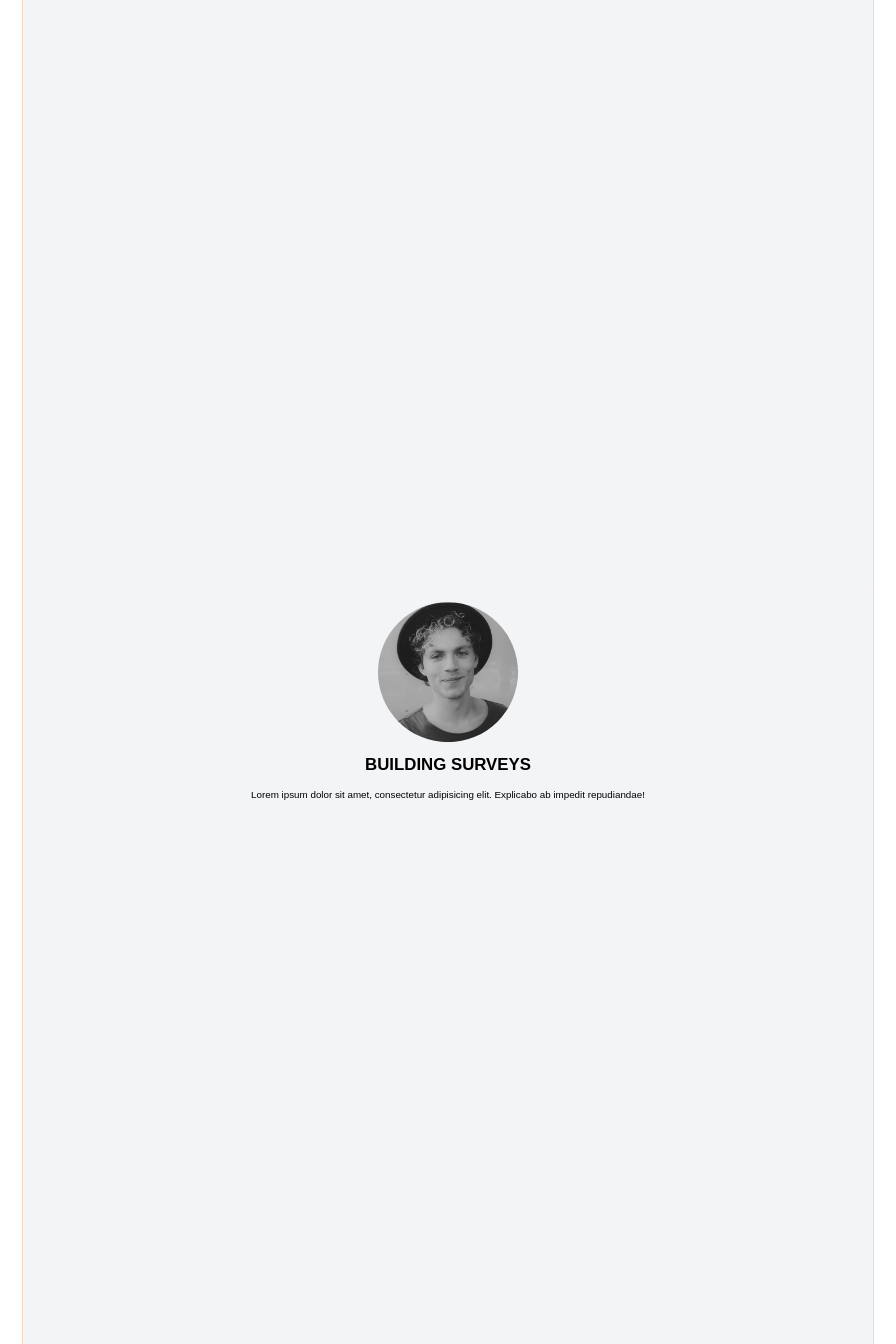
Repository: hitoutvrma/MB_designs-Interior-Designing-website
Page: /about
The author's editor kept a copy of each file at every save. The page is drawn from the files as they stood at one save, then again after the next save.
The browser window is 1280 px wide. The pictures show the part of the page from y = 1896 to 3816 px (the page is 4252 px tall), at 70% of full size.
The project was rebuilt for these pictures with package versions that can differ from the ones it lists, and the page was loaded fresh each time. The framework's server and built-in components were replaced by stand-ins that run in the browser. Also part of the build but not shown: next.config.mjs.

Above is the page before, as saved 2024-09-16 21:04:39.

### app/layout.js
import localFont from "next/font/local";
import { Sen } from "next/font/google";
import "./globals.css";
import Header from "@/components/ui/Header";
import Footer from "@/components/ui/Footer";
import { ThemeProvider } from "@/components/ThemeProvider";

const josef = Sen({
  subsets:["latin"],
  weight:["400","500","600","700"],
  display:"swap"
})

// const geistSans = localFont({
//   src: "./fonts/GeistVF.woff",
//   variable: "--font-geist-sans",
//   weight: "100 900",
// });
// const geistMono = localFont({
//   src: "./fonts/GeistMonoVF.woff",
//   variable: "--font-geist-mono",
//   weight: "100 900",
// });

export const metadata = {
  title: "Create Next App",
  description: "Generated by create next app",
};

export default function RootLayout({ children }) {
  return (
    <html lang="en" suppressHydrationWarning>
      <body
        className={`${josef.variable} ${josef.variable} overflow-x-hidden antialiased`}
      >
        <ThemeProvider attribute='class' defaultTheme='light'>

        <Header/>
        {children}
        <Footer/>
        </ThemeProvider>
      </body>
    </html>
  );
}

### app/about/page.jsx
import { Button } from '@/components/ui/button'
import Image from 'next/image'
import React from 'react'
import { TbArrowUpRight } from "react-icons/tb"

const page = () => {
  return (
    <div>
      <div className="bg-[url('/image/whoweare.jpg')] bg-center bg-cover">
        <h1 className='container py-32 text-6xl font-semibold text-black tracking-widest text-center lg:py-64'>Who are we?</h1>
      </div>
      <div className='container'>
        <div className='pt-4'>
          <h2 className='text-3xl font-semibold text-center lg:p-10 lg:text-5xl'>We have great idea & interior Design</h2>
          <p className='text-2xl text-center font-medium pb-10 mt-5'>Lorem ipsum dolor sit amet consectetur adipisicing elit. Sint impedit quas vitae, sed porro excepturi blanditiis recusandae, alias laboriosam iste quasi obcaecati nobis tenetur fugit, quo est consectetur perspiciatis? Earum, beatae quae!</p>
        </div>


      <div className='items-center lg:flex gap-x-8'>
        {/*Left side */}
      <div className='w-full'>
        <Image src="/image/gallery1123.jpg" width={700} height={700}/>
      </div>
      {/*Left side */}
      <div>
      <p>
        Lorem ipsum dolor sit amet consectetur adipisicing elit. Perferendis, magnam. Doloremque, veritatis sed? Dolorem in perferendis, optio necessitatibus, sapiente illum eligendi debitis voluptates praesentium obcaecati dolor velit quo odit voluptas numquam repellat itaque iusto maxime laboriosam quos, commodi impedit beatae sunt voluptatum! Deserunt.<br/><br/>
        Lorem ipsum dolor sit amet consectetur adipisicing elit. Perferendis, magnam. Doloremque, veritatis sed? Dolorem in perferendis, optio necessitatibus, sapiente illum eligendi debitis voluptates praesentium obcaecati dolor velit quo odit voluptas numquam repellat itaque iusto maxime laboriosam quos, commodi impedit beatae sunt voluptatum! Deserunt.<br/><br/>
        <span className='text-xl font-extrabold tracking-tight'>
          Lorem ipsum dolor sit amet consectetur adipisicing elit. Saepe numquam, voluptas pariatur sapiente minus praesentium eligendi perferendis rem delectus, ipsum, deleniti totam! Possimus, placeat!
        </span>
      </p>
      <div className='sm:w-[13vw] w-[36vw]'>

      <Button className="flex w-full items-center px-8 py-5 m-2 text-white rounded-full shadow-lg hover:bg-gray-800 hover:ring-2 hover:ring-gray-950 ring-offset-2">Read More<TbArrowUpRight className="w-5 h-5 ml-2"/></Button>

      </div>
      </div>
      </div>
      {/* TEAM SECTION */}
      <div className='lg:py-20'>
        <div className='pt-8 pb-4'>
          <h1 className='text-4xl font-bold tracking-wider text-center uppercase'>Team</h1>
        </div>
        <div className='grid py-8'>
          <div className='border-2 border-primary'>
            <div className='p-4 text-center bg-gray-100 aspect-square dark:bg-slate-600 -m-0.5 transition hover:-translate-y-3 hover:-translate-x-3'>
              <Image src="/image/profile2.jpg" width={200} height={200} alt='' className='mx-auto rounded-full'/>
              <h2 className='py-4 text-2xl font-semibold uppercase'>Building Surveys</h2>
              <p className='text-sm'>Lorem ipsum dolor sit amet, consectetur adipisicing elit. Explicabo ab impedit repudiandae!</p>

            </div>
          </div>
          <div className='border-2 border-primary'>
            <div className='p-4 text-center bg-gray-100 aspect-square dark:bg-slate-600 -m-0.5 transition hover:-translate-y-3 hover:-translate-x-3'>
              <Image src="/image/profile2.jpg" width={200} height={200} alt='' className='mx-auto rounded-full'/>
              <h2 className='py-4 text-2xl font-semibold uppercase'>Building Surveys</h2>
              <p className='text-sm'>Lorem ipsum dolor sit amet, consectetur adipisicing elit. Explicabo ab impedit repudiandae!</p>

            </div>
          </div>
        </div>
      </div>
      </div>
    </div>
  )
}

export default page

### app/globals.css
@tailwind base;
@tailwind components;
@tailwind utilities;


body {
  color: var(--foreground);
  background: var(--background);
  font-family: Arial, Helvetica, sans-serif;
}

@layer utilities {
  .text-balance {
    text-wrap: balance;
  }
}


@layer base {
  :root {
    --background: 0 0% 100%;
    --foreground: 20 14.3% 4.1%;
    --card: 0 0% 100%;
    --card-foreground: 20 14.3% 4.1%;
    --popover: 0 0% 100%;
    --popover-foreground: 20 14.3% 4.1%;
    --primary: 24.6 95% 53.1%;
    --primary-foreground: 60 9.1% 97.8%;
    --secondary: 60 4.8% 95.9%;
    --secondary-foreground: 24 9.8% 10%;
    --muted: 60 4.8% 95.9%;
    --muted-foreground: 25 5.3% 44.7%;
    --accent: 60 4.8% 95.9%;
    --accent-foreground: 24 9.8% 10%;
    --destructive: 0 84.2% 60.2%;
    --destructive-foreground: 60 9.1% 97.8%;
    --border: 20 5.9% 90%;
    --input: 20 5.9% 90%;
    --ring: 24.6 95% 53.1%;
    --radius: 0.5rem;
    --chart-1: 12 76% 61%;
    --chart-2: 173 58% 39%;
    --chart-3: 197 37% 24%;
    --chart-4: 43 74% 66%;
    --chart-5: 27 87% 67%;
  }

  .dark {
    --background: 20 14.3% 4.1%;
    --foreground: 60 9.1% 97.8%;
    --card: 20 14.3% 4.1%;
    --card-foreground: 60 9.1% 97.8%;
    --popover: 20 14.3% 4.1%;
    --popover-foreground: 60 9.1% 97.8%;
    --primary: 20.5 90.2% 48.2%;
    --primary-foreground: 60 9.1% 97.8%;
    --secondary: 12 6.5% 15.1%;
    --secondary-foreground: 60 9.1% 97.8%;
    --muted: 12 6.5% 15.1%;
    --muted-foreground: 24 5.4% 63.9%;
    --accent: 12 6.5% 15.1%;
    --accent-foreground: 60 9.1% 97.8%;
    --destructive: 0 72.2% 50.6%;
    --destructive-foreground: 60 9.1% 97.8%;
    --border: 12 6.5% 15.1%;
    --input: 12 6.5% 15.1%;
    --ring: 20.5 90.2% 48.2%;
    --chart-1: 220 70% 50%;
    --chart-2: 160 60% 45%;
    --chart-3: 30 80% 55%;
    --chart-4: 280 65% 60%;
    --chart-5: 340 75% 55%;
  }
}



@layer base {
  * {
    @apply border-border;
  }
  body {
    @apply bg-background text-foreground;
  }
}

.h1{
  @apply text-6xl xl:text-[72px] xl:leading-[80px] tracking-[-2px] font-bold mb-5 mt-4;
}

### components/ui/Header.jsx
'use client';
import React from 'react'
 import ThemeToggler from '../ThemeToggler'
import MobileNavigation from './MobileNavigation';
import Nav from './Nav';
const Header = () => {
  return (
    <div className='flex justify-between p-4 items-center '>
      <div>Yogendra Designer</div>
      <Nav containerStyles='hidden xl:flex gap-8 items-center' linkStyles='relative hover:text-primary transition-all' underlineStyles ='absolute left-0 top-full h-[2px] bg-primary w-full'
      />
      <div className='flex gap-2 items-center'>

      <ThemeToggler/>
      <div className='xl:hidden'>

      <MobileNavigation/>
      </div>
      </div>
    </div>
  )
}

export default Header

### components/ui/Footer.jsx
import React from 'react'

const Footer = () => {
  return (
    <div className='w-screen'>

    <div class="sm:flex justify-between  border-t-2 border-t-orange-600  backdrop-blur-lg sm:px-[14vw] px-4 py-[3vh] text-[17px] ">
  <div className='mb-8 sm:mb-0'>
    <head>
    <link rel="stylesheet" href="https://cdnjs.cloudflare.com/ajax/libs/font-awesome/6.0.0-beta3/css/all.min.css"/>

    </head>
    <h1 class="pb-5 text-4xl tracking-tighter">Follow us</h1>
    <div className='flex gap-x-6 pb-2 text-4xl'>
    <a href="https://instagram/hitoutvrma" className="text-gray-600 hover:text-pink-500 transition-transform duration-300 transform hover:scale-110"><i class="fa-brands fa-instagram" ></i></a>
      <a href="https://www.linkedin.com/in/hitesh-verma-3695b0254/" className="text-gray-600 hover:text-blue-700 transition-transform duration-300 transform hover:scale-110"><i class="fa-brands fa-linkedin"></i></a>
      <a href="https://x.com/hitesh_404" className="text-gray-600 hover:text-blue-700 transition-transform duration-300 transform hover:scale-110"><i class="fa-brands fa-facebook"></i></a>
    </div>
    <div className='sm:block hidden'>&copy; 2024-25 YOGENDRA DESIGNER. All rights reserved</div>
  </div>
  <div>
    <h1 class="pb-5 text-4xl tracking-tighter">Contact us</h1>
    <div class="flex gap-x-2">
      <svg class="text" xmlns="http://www.w3.org/2000/svg" viewBox="0 0 24 24" width="24" height="24" fill="gray">
        <path d="M6.62 10.79a15.533 15.533 0 006.59 6.59l2.2-2.2a1 1 0 011.09-.27c1.12.37 2.33.57 3.6.57a1 1 0 011 1V20a1 1 0 01-1 1C10.29 21 3 13.71 3 5a1 1 0 011-1h3.01a1 1 0 011 1c0 1.27.2 2.48.57 3.6a1 1 0 01-.27 1.09l-2.2 2.2z" />
      </svg>
      <a href="tel:+917000124803" class="hover:underline">+917000124803</a>
      <a href="tel:+917000124803" class="hover:underline">+917000124803</a>
    </div>
    <div class="flex gap-x-2">
      <svg xmlns="http://www.w3.org/2000/svg" viewBox="0 0 24 24" width="24" height="24" fill="gray">
        <path d="M20 4H4a2 2 0 00-2 2v12a2 2 0 002 2h16a2 2 0 002-2V6a2 2 0 00-2-2zM4 6h16v2l-8 5-8-5V6zm0 12V9l7.39 4.62a1 1 0 001.22 0L20 9v9H4z" />
      </svg>
      <a href="mailto:example@email.com" class="hover:underline">yogendra8@email.com</a>
    </div>
  </div>
    </div>
  <div className='flex items-center justify-center p-1 text-sm bg-orange-700 text-white border-t-orange-600'>Website is created and Managed by bitCheat</div>
</div>

  )
}

export default Footer

### components/ThemeProvider.jsx
'use client';

import { ThemeProvider as NextThemesProvider } from "next-themes";

export function ThemeProvider({ children, ...props }) {
    return <NextThemesProvider {...props}>
        { children }
    </NextThemesProvider>
}

### components/ui/button.jsx
import * as React from "react"
import { Slot } from "@radix-ui/react-slot"
import { cva } from "class-variance-authority";

import { cn } from "@/lib/utils"

const buttonVariants = cva(
  "inline-flex items-center justify-center whitespace-nowrap rounded-full text-base font-medium ring-offset-background transition-colors focus-visible:outline-none focus-visible:ring-2 focus-visible:ring-ring focus-visible:ring-offset-2 disabled:pointer-events-none disabled:opacity-50",
  {
    variants: {
      variant: {
        default: "bg-primary text-primary-foreground hover:bg-primary/90",
        destructive:
          "bg-destructive text-destructive-foreground hover:bg-destructive/90",
        outline:
          "border border-input bg-background hover:bg-accent hover:text-accent-foreground",
        secondary:
          "bg-secondary text-secondary-foreground hover:bg-secondary/80",
        ghost: "hover:bg-accent hover:text-accent-foreground",
        link: "text-primary underline-offset-4 hover:underline",
      },
      size: {
        default: "sm:h-[2.5vw] h-[7vw] px-4 py-2",
        sm: "h-9 rounded-md px-3",
        lg: "h-11 rounded-md px-8",
        icon: "h-10 w-10",
      },
    },
    defaultVariants: {
      variant: "default",
      size: "default",
    },
  }
)

const Button = React.forwardRef(({ className, variant, size, asChild = false, ...props }, ref) => {
  const Comp = asChild ? Slot : "button"
  return (
    (<Comp
      className={cn(buttonVariants({ variant, size, className }))}
      ref={ref}
      {...props} />)
  );
})
Button.displayName = "Button"

export { Button, buttonVariants }

### components/ThemeToggler.jsx
import { Button } from "./ui/button";
import { useTheme } from "next-themes";
import { SunIcon, MoonIcon } from "@radix-ui/react-icons";

const ThemeToggler = () => {
    const { theme, setTheme } = useTheme();

  return (
    <div>
      <Button  onClick={()=>setTheme(theme==='dark'?'light':'dark')}>
        <SunIcon className="h-[1.2rem] w-[1.2rem] scale-100 rotate-0 transition-all dark:rotate-90 dark:scale-0"/>
        <MoonIcon className="w-[1rem] absolute scale-0 rotate-90 transition-all dark:rotate-0 dark:scale-100"/>
      </Button>
    </div>
  )
}

export default ThemeToggler

### components/ui/MobileNavigation.jsx
import React from 'react'

import {Sheet, SheetContent, SheetTrigger} from '@/components/ui/sheet';
import Nav from './Nav';
import { AlignJustify } from 'lucide-react';

const MobileNavigation = () => {
  return (
    <Sheet>
        <SheetTrigger asChild>
            <AlignJustify className='cursor-pointer'/>
        </SheetTrigger>
        <SheetContent>
            <div className='p-3 flex flex-col items-center'>
                <div>
                    <div>Yogendra designer</div>
                    <Nav containerStyles='flex flex-col items-center gap-y-2' linkStyles='text-1xl '/>
                </div>
            </div>
        </SheetContent>
    </Sheet>
  )
}

export default MobileNavigation

### components/ui/Nav.jsx
//Hooks

import { usePathname } from "next/navigation";
import { motion } from "framer-motion";
import Link from "next/link";

const links = [
    {
        path:'/',name:'home'
    },
    {
        path:'/about',name:'about'
    },
    {
        path:'/gallery',name:'gallery'
    },
    {
        path:'/projects',name:'projects'
    },
    {
        path:'/contact',name:'contact'
    },
]
const Nav = ({ containerStyles, linkStyles, underlineStyles } ) => {

    const path = usePathname();
  return (
    <div className={`${containerStyles}`} >
        {
            links.map((link,index) =>{
                return(
                    <Link href={link.path}
                    key={index} className={`uppercase ${linkStyles}`}>
                        {link.path===path && (
                            <motion.span
                            initial={{y:'-100%'}}
                            animate={{y:0}}
                            transition={{ type:'tween'}}
                            layoutId="underline"
                            className={`${underlineStyles}`}
                            />
                        )}
                        {link.name}

                    </Link>
                )
            })
        }
      </div>
  )
}

export default Nav

### components/ui/sheet.jsx
"use client";
import * as React from "react"
import * as SheetPrimitive from "@radix-ui/react-dialog"
import { cva } from "class-variance-authority";
import { X } from "lucide-react"

import { cn } from "@/lib/utils"

const Sheet = SheetPrimitive.Root

const SheetTrigger = SheetPrimitive.Trigger

const SheetClose = SheetPrimitive.Close

const SheetPortal = SheetPrimitive.Portal

const SheetOverlay = React.forwardRef(({ className, ...props }, ref) => (
  <SheetPrimitive.Overlay
    className={cn(
      "fixed inset-0 z-50 bg-black/80  data-[state=open]:animate-in data-[state=closed]:animate-out data-[state=closed]:fade-out-0 data-[state=open]:fade-in-0",
      className
    )}
    {...props}
    ref={ref} />
))
SheetOverlay.displayName = SheetPrimitive.Overlay.displayName

const sheetVariants = cva(
  "fixed z-50 gap-4 bg-background p-6 shadow-lg transition ease-in-out data-[state=open]:animate-in data-[state=closed]:animate-out data-[state=closed]:duration-300 data-[state=open]:duration-500",
  {
    variants: {
      side: {
        top: "inset-x-0 top-0 border-b data-[state=closed]:slide-out-to-top data-[state=open]:slide-in-from-top",
        bottom:
          "inset-x-0 bottom-0 border-t data-[state=closed]:slide-out-to-bottom data-[state=open]:slide-in-from-bottom",
        left: "inset-y-0 left-0 h-full w-3/4 border-r data-[state=closed]:slide-out-to-left data-[state=open]:slide-in-from-left sm:max-w-sm",
        right:
          "inset-y-0 right-0 h-full w-3/4  border-l data-[state=closed]:slide-out-to-right data-[state=open]:slide-in-from-right sm:max-w-sm",
      },
    },
    defaultVariants: {
      side: "right",
    },
  }
)

const SheetContent = React.forwardRef(({ side = "right", className, children, ...props }, ref) => (
  <SheetPortal>
    <SheetOverlay />
    <SheetPrimitive.Content ref={ref} className={cn(sheetVariants({ side }), className)} {...props}>
      {children}
      <SheetPrimitive.Close
        className="absolute right-4 top-4 rounded-sm opacity-70 ring-offset-background transition-opacity hover:opacity-100 focus:outline-none focus:ring-2 focus:ring-ring focus:ring-offset-2 disabled:pointer-events-none data-[state=open]:bg-secondary">
        <X className="h-4 w-4" />
        <span className="sr-only">Close</span>
      </SheetPrimitive.Close>
    </SheetPrimitive.Content>
  </SheetPortal>
))
SheetContent.displayName = SheetPrimitive.Content.displayName

const SheetHeader = ({
  className,
  ...props
}) => (
  <div
    className={cn("flex flex-col space-y-2 text-center sm:text-left", className)}
    {...props} />
)
SheetHeader.displayName = "SheetHeader"

const SheetFooter = ({
  className,
  ...props
}) => (
  <div
    className={cn("flex flex-col-reverse sm:flex-row sm:justify-end sm:space-x-2", className)}
    {...props} />
)
SheetFooter.displayName = "SheetFooter"

const SheetTitle = React.forwardRef(({ className, ...props }, ref) => (
  <SheetPrimitive.Title
    ref={ref}
    className={cn("text-lg font-semibold text-foreground", className)}
    {...props} />
))
SheetTitle.displayName = SheetPrimitive.Title.displayName

const SheetDescription = React.forwardRef(({ className, ...props }, ref) => (
  <SheetPrimitive.Description
    ref={ref}
    className={cn("text-sm text-muted-foreground", className)}
    {...props} />
))
SheetDescription.displayName = SheetPrimitive.Description.displayName

export {
  Sheet,
  SheetPortal,
  SheetOverlay,
  SheetTrigger,
  SheetClose,
  SheetContent,
  SheetHeader,
  SheetFooter,
  SheetTitle,
  SheetDescription,
}

### tailwind.config.js
/** @type {import('tailwindcss').Config} */
module.exports = {
	darkMode: ["class"], // Dark mode setting
	content: [
	  "./pages/**/*.{js,ts,jsx,tsx,mdx}",
	  "./components/**/*.{js,ts,jsx,tsx,mdx}",
	  "./app/**/*.{js,ts,jsx,tsx,mdx}",
	],
	theme: {
	  // Container customization
	  container: {
		center: true, // Centers the container horizontally
		padding: '2rem', // Adds 1rem of padding (16px) on all sides
		screens: {
		  sm: '100%',  // Container takes 100% width on small screens
		  md: '100%',  // Container takes 100% width on medium screens
		  lg: '1024px', // Container is 1024px wide on large screens
		  xl: '1280px', // Container is 1280px wide on extra-large screens
		  '2xl': '1536px', // Container is 1536px wide on 2XL screens
		},
	  },
	  extend: {
		// Extending color palette
		colors: {
		  background: 'hsl(var(--background))',
		  foreground: 'hsl(var(--foreground))',
		  card: {
			DEFAULT: 'hsl(var(--card))',
			foreground: 'hsl(var(--card-foreground))',
		  },
		  popover: {
			DEFAULT: 'hsl(var(--popover))',
			foreground: 'hsl(var(--popover-foreground))',
		  },
		  primary: {
			DEFAULT: 'hsl(var(--primary))',
			foreground: 'hsl(var(--primary-foreground))',
		  },
		  secondary: {
			DEFAULT: 'hsl(var(--secondary))',
			foreground: 'hsl(var(--secondary-foreground))',
		  },
		  muted: {
			DEFAULT: 'hsl(var(--muted))',
			foreground: 'hsl(var(--muted-foreground))',
		  },
		  accent: {
			DEFAULT: 'hsl(var(--accent))',
			foreground: 'hsl(var(--accent-foreground))',
		  },
		  destructive: {
			DEFAULT: 'hsl(var(--destructive))',
			foreground: 'hsl(var(--destructive-foreground))',
		  },
		  border: 'hsl(var(--border))',
		  input: 'hsl(var(--input))',
		  ring: 'hsl(var(--ring))',
		  chart: {
			'1': 'hsl(var(--chart-1))',
			'2': 'hsl(var(--chart-2))',
			'3': 'hsl(var(--chart-3))',
			'4': 'hsl(var(--chart-4))',
			'5': 'hsl(var(--chart-5))',
		  },
		},
		// Extending border radius
		borderRadius: {
		  lg: 'var(--radius)',
		  md: 'calc(var(--radius) - 2px)',
		  sm: 'calc(var(--radius) - 4px)',
		},
	  },
	},
	plugins: [require("tailwindcss-animate")],
  };

Loaded but not shown: lib/utils.js (common file)

After the next save:
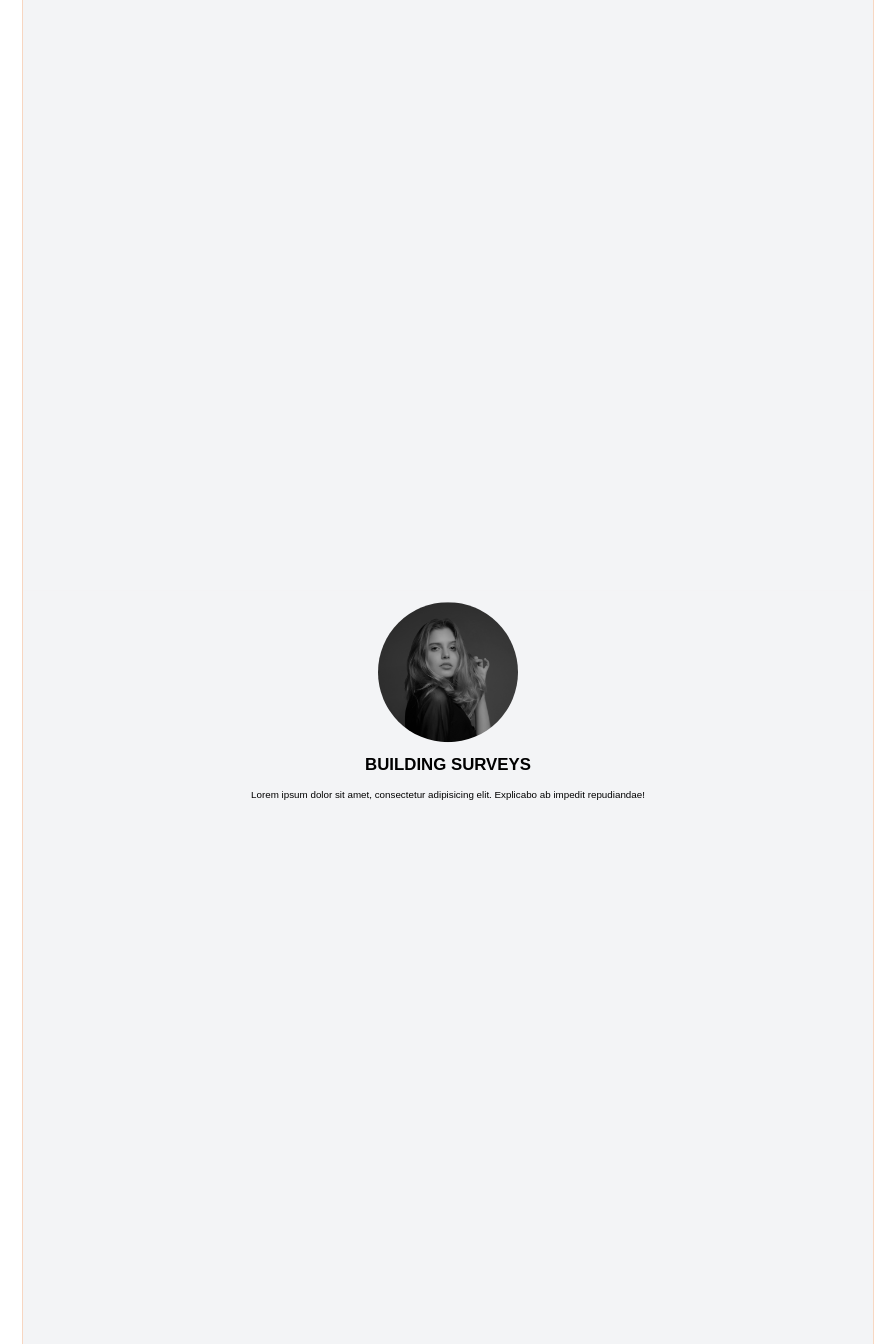
Saved 30 s later.
--- a/app/about/page.jsx
+++ b/app/about/page.jsx
@@ -53,7 +53,7 @@ const page = () => {
           </div>
           <div className='border-2 border-primary'>
             <div className='p-4 text-center bg-gray-100 aspect-square dark:bg-slate-600 -m-0.5 transition hover:-translate-y-3 hover:-translate-x-3'>
-              <Image src="/image/profile2.jpg" width={200} height={200} alt='' className='mx-auto rounded-full'/>
+              <Image src="/image/profile1.jpg" width={200} height={200} alt='' className='mx-auto rounded-full'/>
               <h2 className='py-4 text-2xl font-semibold uppercase'>Building Surveys</h2>
               <p className='text-sm'>Lorem ipsum dolor sit amet, consectetur adipisicing elit. Explicabo ab impedit repudiandae!</p>
 
